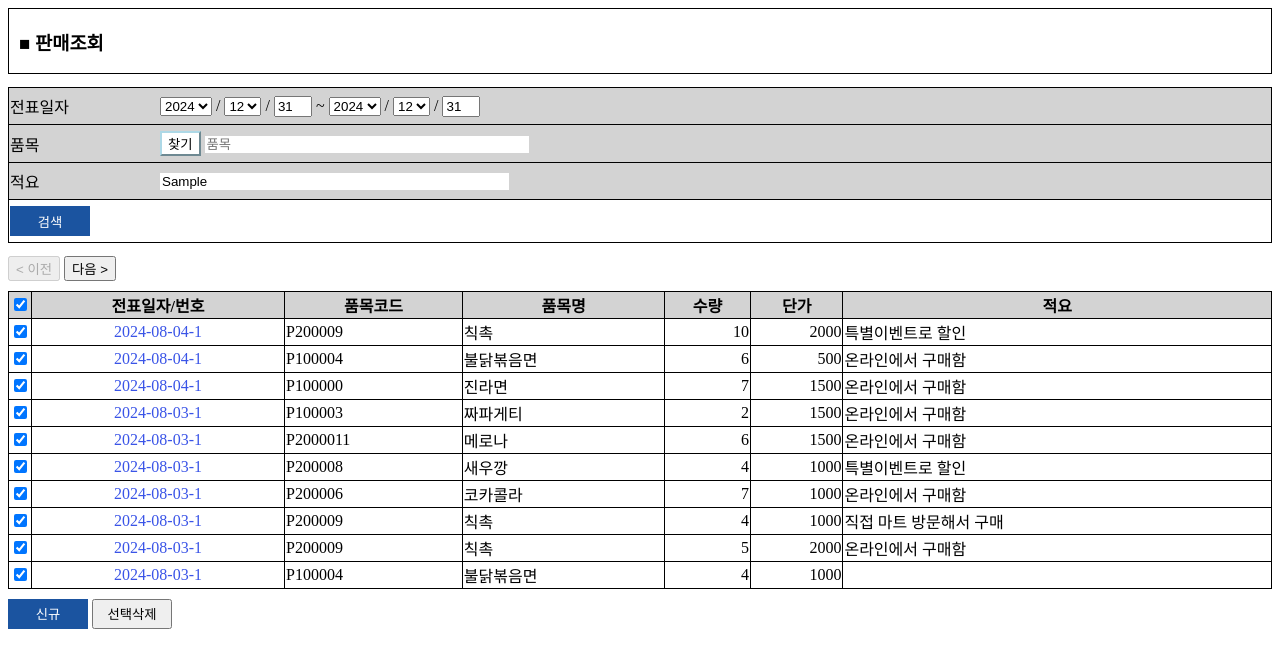
Repository: yoosb0328/js-project
Page: search.html
These files come from the project's save history. The page is drawn as it stood at one moment and after the next save; the edit follows.
The browser window is 1280 px wide. The pictures show the whole page.
Empty fields were first filled with sample values (such as "Sample", 5 or name@example.com).
After loading, the first visible `#check-all` was changed once.

Above is the page before, as saved 2024-08-05 16:25:53.

### search.html
<!DOCTYPE html>
<html lang="en">
<head>
    <meta charset="UTF-8">
    <meta name="viewport" content="width=device-width, initial-scale=1.0">
    <title>판매조회</title>
    <link rel="stylesheet" href="./css/search.css">
</head>
<body>
    <div class="title">
        <h3 style="margin-left: 10px;"> &#x25A0; 판매조회</h3>
    </div>
    <div class="content">
        <div class="search-tab">
            <table class="search-table">
                <tr>
                   <td>
                        <div class="table-div">
                            <span class="name-tag">전표일자</span>
                            <div class="search-box">
                                <select id="year-select from">
                                    <option value="2024">2024</option>
                                    <option value="2023">2023</option>
                                    <option value="2022">2022</option>
                                    <option value="2021">2021</option>
                                </select>
                                /
                                <select id="month-select">
                                    <option value="12">12</option>
                                    <option value="11">11</option>
                                    <option value="10">10</option>
                                    <option value="9">9</option>
                                    <option value="8">8</option>
                                    <option value="7">7</option>
                                    <option value="6">6</option>
                                    <option value="5">5</option>
                                    <option value="4">4</option>
                                    <option value="3">3</option>
                                    <option value="2">2</option>
                                    <option value="1">1</option>
                                </select>
                                /
                                <input class="date-input" type="number" placeholder="일자" value="31" max="31">
                                ~
                                <select id="year-select to">
                                    <option value="2024">2024</option>
                                    <option value="2023">2023</option>
                                    <option value="2022">2022</option>
                                    <option value="2021">2021</option>
                                </select>
                                /
                                <select id="month-select">
                                    <option value="12">12</option>
                                    <option value="11">11</option>
                                    <option value="10">10</option>
                                    <option value="9">9</option>
                                    <option value="8">8</option>
                                    <option value="7">7</option>
                                    <option value="6">6</option>
                                    <option value="5">5</option>
                                    <option value="4">4</option>
                                    <option value="3">3</option>
                                    <option value="2">2</option>
                                    <option value="1">1</option>
                                </select>
                                /
                                <input class="date-input" type="number" placeholder="일자" value="31" max="31">
                            </div>
                        </div>
                   </td>
                </tr>
                <tr>
                    <td>
                        <div class="table-div">
                            <span class="name-tag">품목</span>
                            <form class="search-box">
                                <button id="open-popup-btn" class="category-btn" type="submit">찾기</button>
                                <input class="category-txt" type="text" readonly placeholder="품목">
                            </form>
                        </div>
                    </td>
                </tr>
                <tr>
                    <td>
                        <div class="table-div">
                            <span class="name-tag">적요</span>
                            <div class="search-box">
                                <input class="memo-txt" type="text" placeholder="적요">
                            </div>
                        </div>
                    </td>
                </tr>
                <tr style="background-color: white;">
                    <td>
                        <div class="button-tab search-content" style="margin-top: 5px; margin-bottom: 5px;"><button class="color-button">검색</button></div>
                    </td>
                </tr>
            </table>
        </div>
        <div class="center-buttons" style="margin-top: 10px; margin-bottom: 10px;">
            <button id="sales-prev-button">< 이전 </button> <button id="sales-next-button"> 다음 >  </button>
        </div>
        <div class="main" style="margin-bottom: 10px;">
            <table id="sales-table" class="main-table">
                <colgroup id="sales-colgroup">
                    <col style="width: 5px;">
                    <col style="width: auto;">
                    <col>
                    <col>
                    <col>
                    <col>
                    <col>
                </colgroup>
                <thead id="sales-thead">
                    <tr>
                        <th>
                            <input type="checkbox" id="check-all">
                        </th>
                        <th>
                            전표일자/번호
                        </th>
                        <th>
                            품목코드
                        </th>
                        <th>
                            품목명
                        </th>
                        <th>
                            수량
                        </th>
                        <th>
                            단가
                        </th>
                        <th>
                            적요
                        </th>
                    </tr>
                </thead>
                <tbody id="sales-tbody" class="table-body">
                </tbody>
            </table>
        </div>
        <div class="bottom-buttons">
            <button class="color-button"> 신규 </button> <button class="non-color-button"> 선택삭제 </button>
        </div>
    </div>
    <script type="module" src="./js/initData.js"></script>
    <script type="module" src="./js/popup.js"></script>
    <script type="module" src="./js/checkBox.js"></script>
</body>
</html>

### css/search.css
.title {
    border: 1px solid black;
}
.search-tab {
    margin-top: 1%;
    margin-bottom: 1%;
    border-collapse: collapse;

}
.search-table {
    width: 100%;
    background-color: lightgray;
    border-collapse: collapse;
}
.search-table tr {
    background-color: lightgray;
    width: auto;
    border: 1px solid black;
}
.search-table .table-div {
    display: flex;
    align-items: center;
    margin-top: 5px;
    margin-bottom: 5px;
}
.table-div span {
    width: 120px;
}
.table-div .search-box {
    margin-left: 30px;
}
.date-input {
    width: 30px;
}
.button-tab {
    background-color: white;
}
.color-button {
    background-color: rgb(27, 84, 160);
    border: 0px;
    color: white;
    width: 80px;
    height: 30px;

}
.non-color-button {
    width: 80px;
    height: 30px;
}
.category-btn {
    background-color: white;
    border-color: lightblue;
}
.category-txt {
    border: none;
    width: 320px;
}
.memo-txt {
    border: none;
    width: 345px;
}
.main-table {
    width: 100%;
    border-collapse: collapse;
}
.main-table th {
    background-color: lightgray;
    text-align: center;
    width: auto;
    border: 1px solid black;
}
.main-table td {
    border: 1px solid black;
    text-align: right;
}
.main-table .center-align-cell {
    text-align: center;
}
.main-table .left-align-cell {
    text-align: left;
}
.main-table .right-align-cell {
    text-align: right;
}
.main-table .date-num {
    color: rgb(58, 84, 231);
}

### js/initData.js
import { DataStore } from "./data/DataStore.js";
import { Category } from "./data/Category.js";
import { Sale, SaleRender } from "./data/Sale.js";

const dates = ["2024-08-04", "2024-08-03", "2024-08-03", "2024-08-02", "2024-08-01", "2024-07-31"];
const names = [
    "진라면",
    "신라면",
    "안성탕면",
    "짜파게티",
    "불닭볶음면",
    "팔도비빔면",
    "코카콜라",
    "스프라이트",
    "새우깡",
    "칙촉",
    "수박바",
    "메로나",
    "바밤바",
];
const descriptions = ["온라인에서 구매함", "직접 마트 방문해서 구매", "특별이벤트로 할인", ""];
const dataStore = DataStore.getInstance();

if (dataStore.categories.length === 0 && dataStore.sales.length === 0) {
    console.log("initData : 데이터 초기화");
    dataStore.loadFromLocalStorage();
    initCategory();
    initSales();
    dataStore.saveToLocalStorage();
}

const saleRender = new SaleRender(dataStore.sales);
saleRender.render();

//Category부터 저장.
function initCategory() {
    const categories = [];
    names.forEach(function (name, index) {
        const code = index <= 5 ? "P10000" + index : "P20000" + index;
        categories.push(new Category(code, name));
    });
    categories.sort((a, b) => a.code - b.code);
    dataStore.categories = categories;
    return categories;
}

function initSales() {
    const sales = [];
    const totalSalescount = 30; //시작 데이터 30개 임의 생성.

    for (let i = 0; i < totalSalescount; i++) {
        //임의의 날짜
        const randomDate = dates[Math.floor(Math.random() * dates.length)];
        //임의의 카테고리
        const randomCategory =
            dataStore.categories[Math.floor(Math.random() * dataStore.categories.length)];
        //임의의 적요
        const randomDescription = descriptions[Math.floor(Math.random() * descriptions.length)];
        //임의의 수량
        const quantity = Math.floor(Math.random() * 10) + 1;
        //임의의 가격
        const price = (Math.floor(Math.random() * 5) + 1) * 500;
        //객체 생성
        const sale = new Sale(randomDate, randomCategory, quantity, price, randomDescription);

        sales.push(sale);
    }
    //날짜 순 내림차순 정렬(최근 날짜 먼저)
    sales.sort((a, b) => new Date(b.date) - new Date(a.date));

    // 생성된 Sales 객체들을 dataStore.sales에 저장
    dataStore.sales = sales;
    return sales;
}

### js/popup.js
import { DataStore } from "./data/DataStore.js";

const openButtons = document.querySelectorAll("#open-popup-btn"); //팝업 여는 버튼

openButtons.forEach((button) => {
    button.addEventListener("click", openPopup);
});

// 부모 창에서 메시지를 수신하고, 팝업으로 데이터를 전송
window.addEventListener("message", (event) => {
    // 보안 검증
    if (event.origin !== "http://127.0.0.1:5500") {
        console.error("허용되지 않은 출처", event.origin);
        return;
    }

    if (event.data === "requestCategories") {
        const data = DataStore.getInstance().categories;
        event.source.postMessage({ type: "categories", data: data }, event.origin);
    }
});

function openPopup(event) {
    event.preventDefault(); // 기본 동작 방지

    // 클릭된 버튼의 클래스 이름을 가져오기
    const className = event.target.className;
    console.log(className);
    // 클래스 이름에 따라 팝업을 열기
    switch (className) {
        case "category-btn":
            const popup = window.open("search-popup.html", "search-popup", "width=600,height=600");
            // popup.onload = () => {
            //     popup.postMessage(
            //         { type: "categories", data: DataStore.getInstance().categories },
            //         "*"
            //     );
            // };
            break;
        case "new-category-btn":
            window.open("input-popup.html", "input-popup", "width=600,height=300");
            break;
        default:
            console.error("Unknown className:", className);
    }
}

const closeButtons = document.querySelectorAll("#close-popup-btn"); //팝업 닫는 버튼

closeButtons.forEach((button) => {
    button.addEventListener("click", closePopup);
});

function closePopup() {
    window.close();
}

### js/checkBox.js
const checkAll = document.getElementById('check-all');

checkAll.addEventListener('change', (event) => {

    const isChecked = event.target.checked;
    const rowCheckboxes = document.querySelectorAll('#sales-tbody .row-checkbox');
    rowCheckboxes.forEach(checkbox => {
        checkbox.checked = isChecked;
    });
});

### js/data/DataStore.js
import { Category } from "./Category.js";
import { Sale } from "./Sale.js";

export class DataStore {
    constructor() {
        //DataStore 인스턴스가 있는 경우 그대로 반환 (싱글톤 목적)
        if (DataStore.instance) {
            return DataStore.instance;
        }
        this.categories = [];
        this.sales = [];

        // 이 인스턴스를 싱글톤으로 설정
        DataStore.instance = this;
    }

    //인스턴스 호출
    static getInstance() {
        if (!DataStore.instance) {
            DataStore.instance = new DataStore();
        }
        return DataStore.instance;
    }

    /*
    메모리 데이터 조작.
    */
    addItem(category) {
        //코드가 같은 카테고리가 있는 지 중복 체크
        const exist = this.categories.findIndex((c) => c.code === category.code);
        if (exist === -1) this.categories.push(category);
    }

    addSale(sale) {
        //일자+번호가 같은 카테고리가 있는 지 중복 체크
        const exist = this.sales.findIndex((s) => s.dateNumber === sale.dateNumber);
        if (exist === -1) this.sales.push(sale);
    }

    //카테고리명이 바뀌면 판매 정보 데이터도 수정.
    updateSalesByName(code, name) {
        this.sales.forEach((sale) => {
            if (sale.category.code === code) {
                sale.category.name = name;
            }
        });
    }

    /*
    로컬 스토리지 데이터 조작
    */

    // JSON.stringify로 변환하여 로컬 스토리지에 저장
    saveToLocalStorage() {
        console.log("saveToLocal");

        const data = {
            categories: this.categories.map((category) => ({
                code: category.code,
                name: category.name,
            })),
            sales: this.sales.map((sale) => ({
                dateNumber: sale.dateNumber,
                date: sale.date,
                category: sale.category,
                quantity: sale.quantity,
                price: sale.price,
                description: sale.description,
            })),
        };
        localStorage.setItem("appData", JSON.stringify(data));
    }

    // 로컬 스토리지에서 데이터를 불러와 메모리에 할당
    loadFromLocalStorage() {
        console.log("loadFromLocal");
        const data = localStorage.getItem("appData");

        if (data) {
            const parsedData = JSON.parse(data);
            // 로컬 스토리지에서 가져온 데이터를 categories와 sales로 분리합니다.
            if (parsedData.categories) {
                this.categories = parsedData.categories.map(
                    (cat) => new Category(cat.code, cat.name)
                );
            }
            //sales에 저장해야 함.
            if (parsedData.sales) {
                console.log(parsedData.sales);
                this.sales = parsedData.sales.map((sale) => {
                    // 저장된 category 데이터에서 Category 객체를 찾아 복원
                    const category = this.categories.find((cat) => cat.code === sale.category.code);

                    // Sale 객체 생성
                    return new Sale(
                        sale.date,
                        category,
                        sale.quantity,
                        sale.price,
                        sale.description,
                        this
                    );
                });
            }
            this.sales.sort((a, b) => new Date(b.date) - new Date(a.date));
        }
    } //loadFromLocalStorage()
}

### js/data/Category.js
import { DataStore } from "./DataStore.js";

export class Category {
    constructor(code, name) {
        this.code = code;
        this.name = name;
    }

    //Getter
    getCode() {
        return this.code;
    }
    getName() {
        return this.name;
    }
}

export class CategoryRender {
    constructor(categories) {
        this.categories = categories;
        this.currentPage = 1;
        this.itemsPerPage = 10;

        this.initEventListeners();
    }

    initEventListeners() {
        const prevButton = document.querySelector("#category-prev-button");
        const nextButton = document.querySelector("#category-next-button");

        prevButton.addEventListener("click", this.goToPrevPage.bind(this));
        nextButton.addEventListener("click", this.goToNextPage.bind(this));
    }

    render() {
        console.log("category render!");
        const startIndex = (this.currentPage - 1) * this.itemsPerPage; //처음에는 0에서 시작.
        const endIndex = startIndex + this.itemsPerPage; //처음에는 10
        const currentCategories = this.categories.slice(startIndex, endIndex); //0~9까지 slice하게 됨.

        const tbody = document.getElementById("category-tbody");

        tbody.innerHTML = "";

        currentCategories.forEach((category) => {
            const row = document.createElement("tr");
            row.innerHTML = `
                <td class="center-align-cell"><input class="row-checkbox" type="checkbox"></td>
                <td class="center-align-cell date-num">${category.code}</td>
                <td class="left-align-cell">${category.name}</td>
                <td class="left-align-cell">수정</td>
            `;
            tbody.appendChild(row);
        });

        // 버튼 활성화 상태 업데이트
        this.updateButtons();
    }

    updateButtons() {
        const prevButton = document.querySelector("#category-prev-button");
        const nextButton = document.querySelector("#category-next-button");

        prevButton.disabled = this.currentPage === 1;
        nextButton.disabled =
            this.currentPage === Math.ceil(this.categories.length / this.itemsPerPage);
    }

    setPage(page) {
        this.currentPage = page;
        this.render();
    }

    goToPrevPage() {
        if (this.currentPage > 1) {
            this.setPage(this.currentPage - 1);
        }
    }

    goToNextPage() {
        if (this.currentPage < Math.ceil(this.categories.length / this.itemsPerPage)) {
            this.setPage(this.currentPage + 1);
        }
    }
}

Loaded but not shown: js/data/Sale.js (106 lines, source omitted)

After the next save:
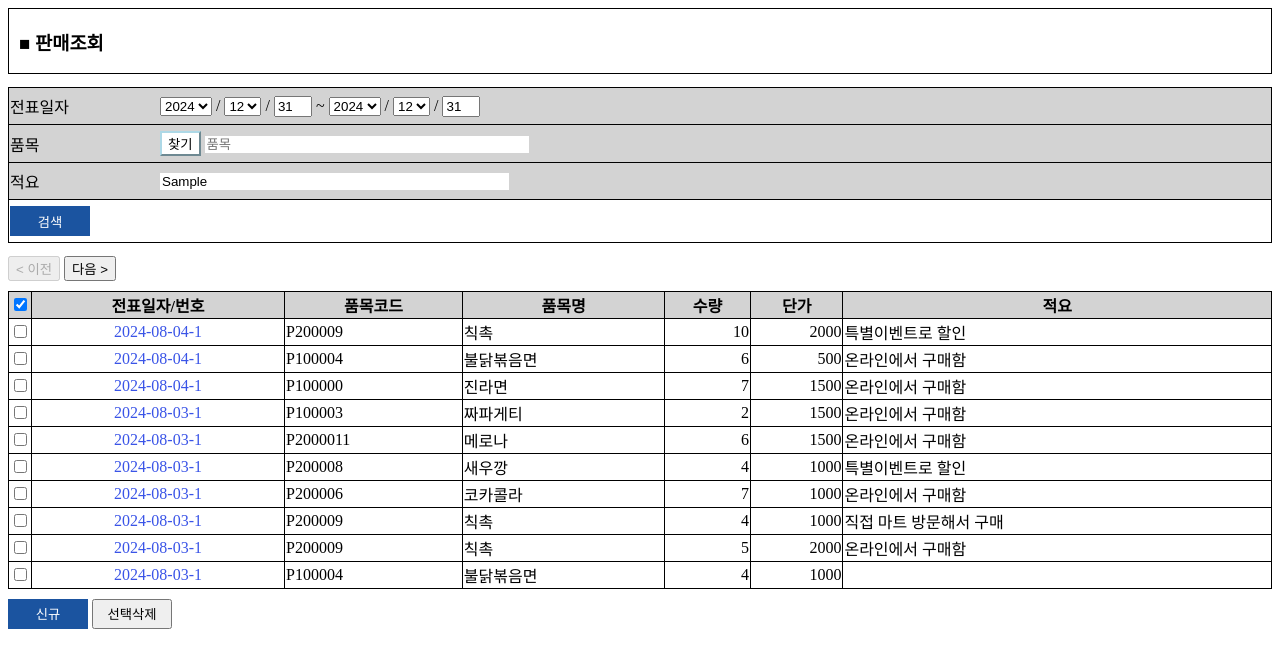
Saved 86 s later.
--- a/js/checkBox.js
+++ b/js/checkBox.js
@@ -1,10 +1,10 @@
-const checkAll = document.getElementById('check-all');
+const checkAll = document.getElementById("check-all");
 
-checkAll.addEventListener('change', (event) => {
-
+checkAll.addEventListener("change", (event) => {
     const isChecked = event.target.checked;
-    const rowCheckboxes = document.querySelectorAll('#sales-tbody .row-checkbox');
-    rowCheckboxes.forEach(checkbox => {
+    // const rowCheckboxes = document.querySelectorAll('#sales-tbody .row-checkbox');
+    const rowCheckboxes = document.querySelectorAll(".table-tbody .row-checkbox");
+    rowCheckboxes.forEach((checkbox) => {
         checkbox.checked = isChecked;
     });
 });

After the 5 saves that followed:
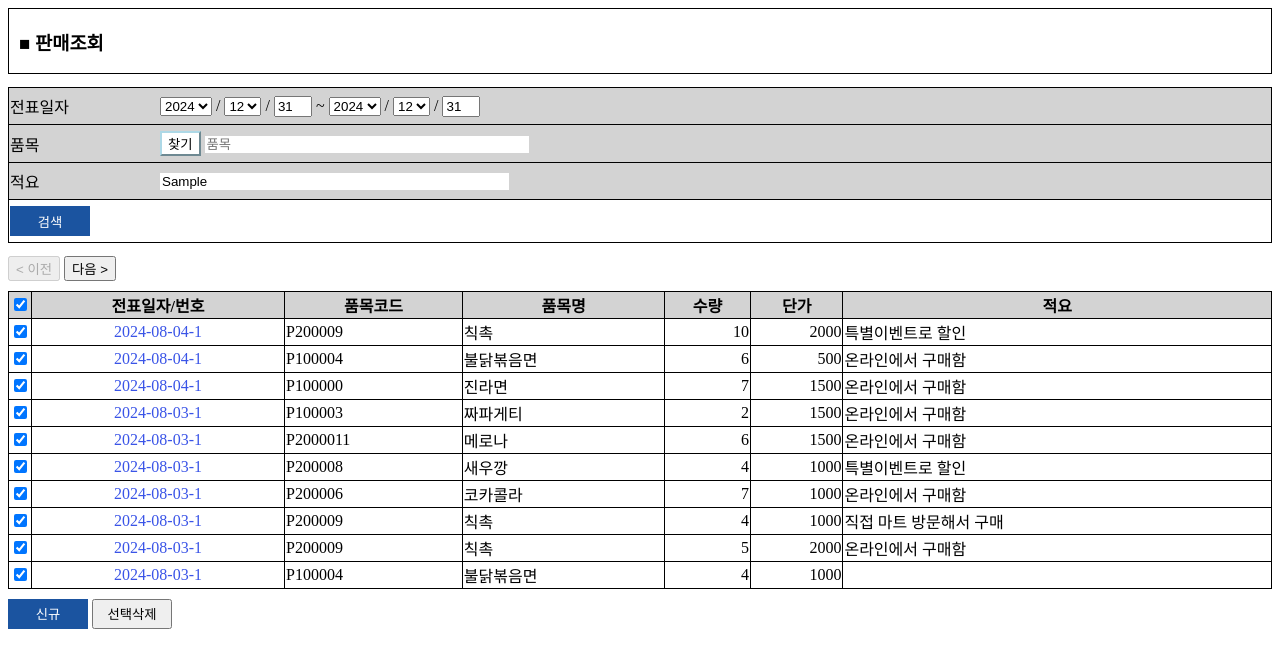
The 5 saves are shown as one change because 3 left the picture as it was and some came seconds apart.
The last was saved 4 min 45 s later.
--- a/search.html
+++ b/search.html
@@ -145,7 +145,7 @@
         </div>
     </div>
     <script type="module" src="./js/initData.js"></script>
+    <script type="module" src="./js/checkBox.js"></script>
     <script type="module" src="./js/popup.js"></script>
-    <script type="module" src="./js/checkBox.js"></script>
 </body>
 </html>
--- a/js/checkBox.js
+++ b/js/checkBox.js
@@ -2,8 +2,8 @@
 
 checkAll.addEventListener("change", (event) => {
     const isChecked = event.target.checked;
-    // const rowCheckboxes = document.querySelectorAll('#sales-tbody .row-checkbox');
-    const rowCheckboxes = document.querySelectorAll(".table-tbody .row-checkbox");
+    const rowCheckboxes = document.querySelectorAll("#sales-tbody .row-checkbox");
+    // const rowCheckboxes = document.querySelectorAll(".table-tbody .row-checkbox");
     rowCheckboxes.forEach((checkbox) => {
         checkbox.checked = isChecked;
     });
